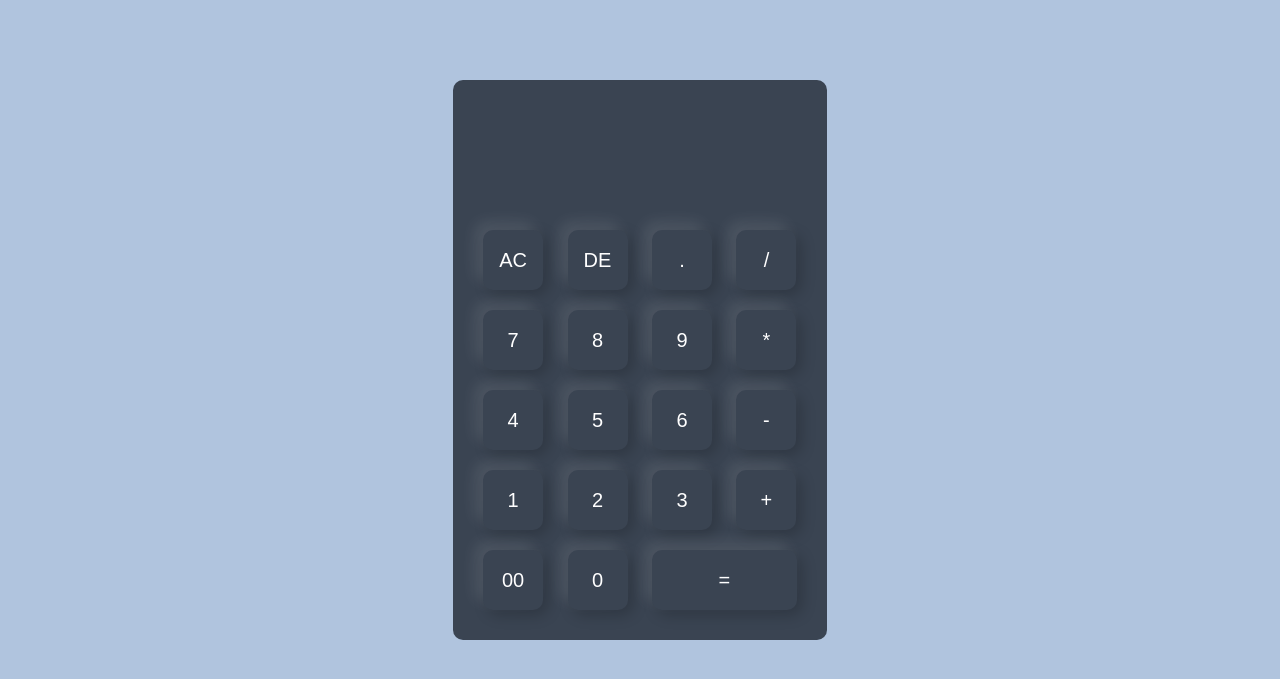
Repository: Anureet23/Calculator
Page: index.html
An editor plug-in stored every save of this project. The page is shown before and after a run of saves, followed by the edit.
The browser window is 1280 px wide. The pictures show the whole page.

Above is the page before, as saved 2023-02-07 23:03:43.

After the next 2 saves:
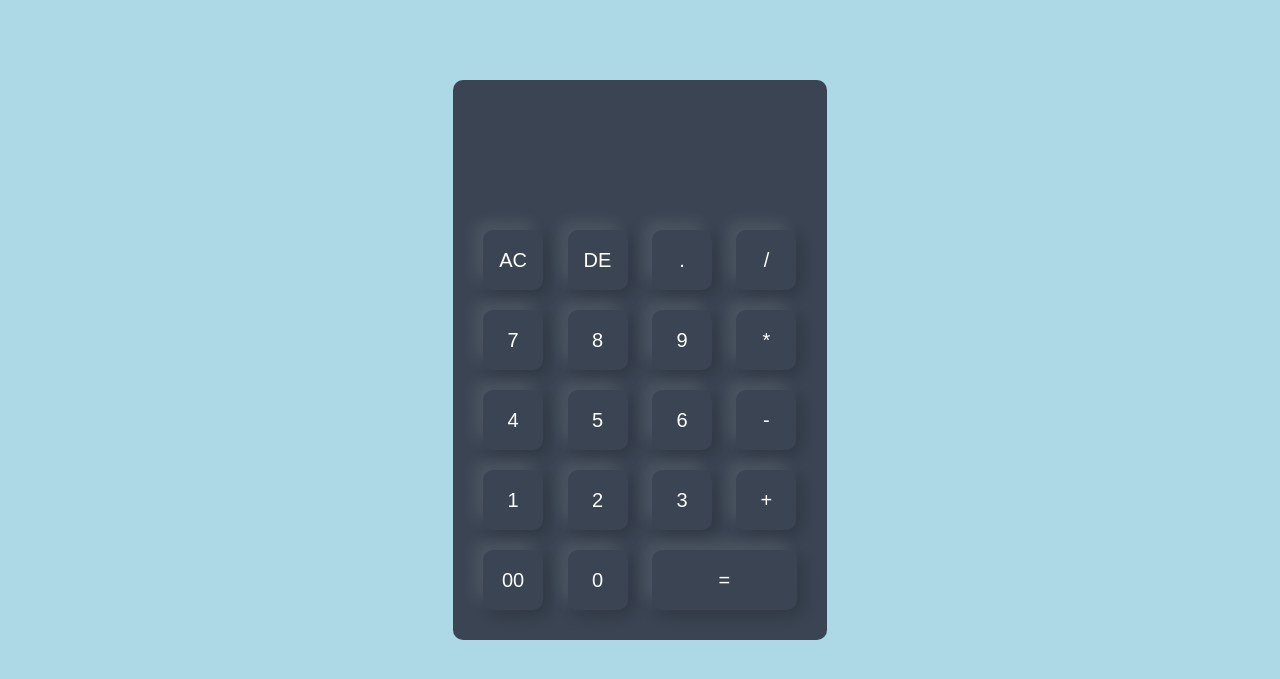
The 2 saves are shown as one change because they came seconds apart.
The last was saved 15 s later.
--- a/style.css
+++ b/style.css
@@ -8,7 +8,7 @@
 .container{
     width: 100%;
     height:100vh;
-    background:#B0C4DE;
+    background:#ADD8E6;
     display:flex;
     align-items:center;
     justify-content: center;
